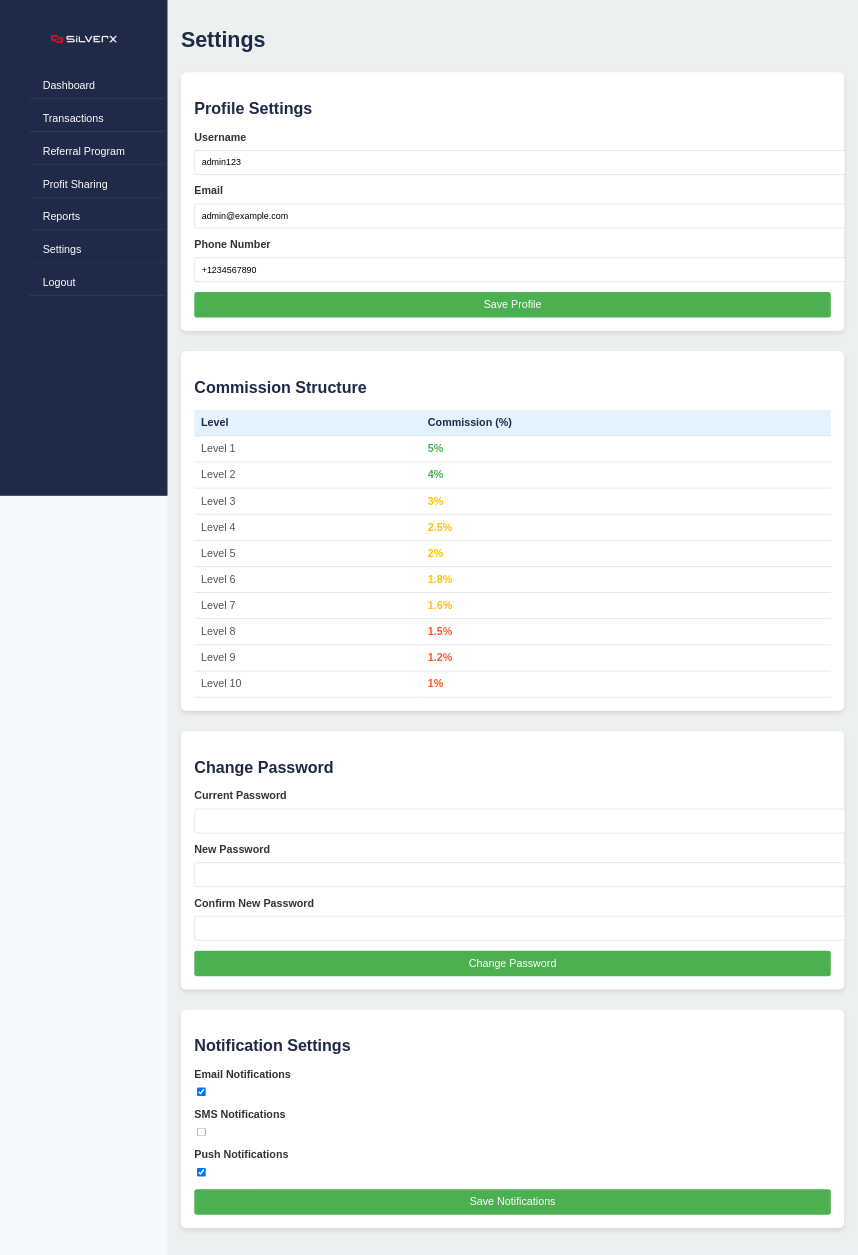
Repository: 2025silverx/slivedrX
Page: setting.html
These files come from the project's save history. The page is drawn as it stood at one moment and after the next save; the edit follows.
The browser window is 1280 px wide. The pictures show the whole page, at 67% of full size.

Above is the page before, as saved 2025-01-19 14:18:10.

After the next save:
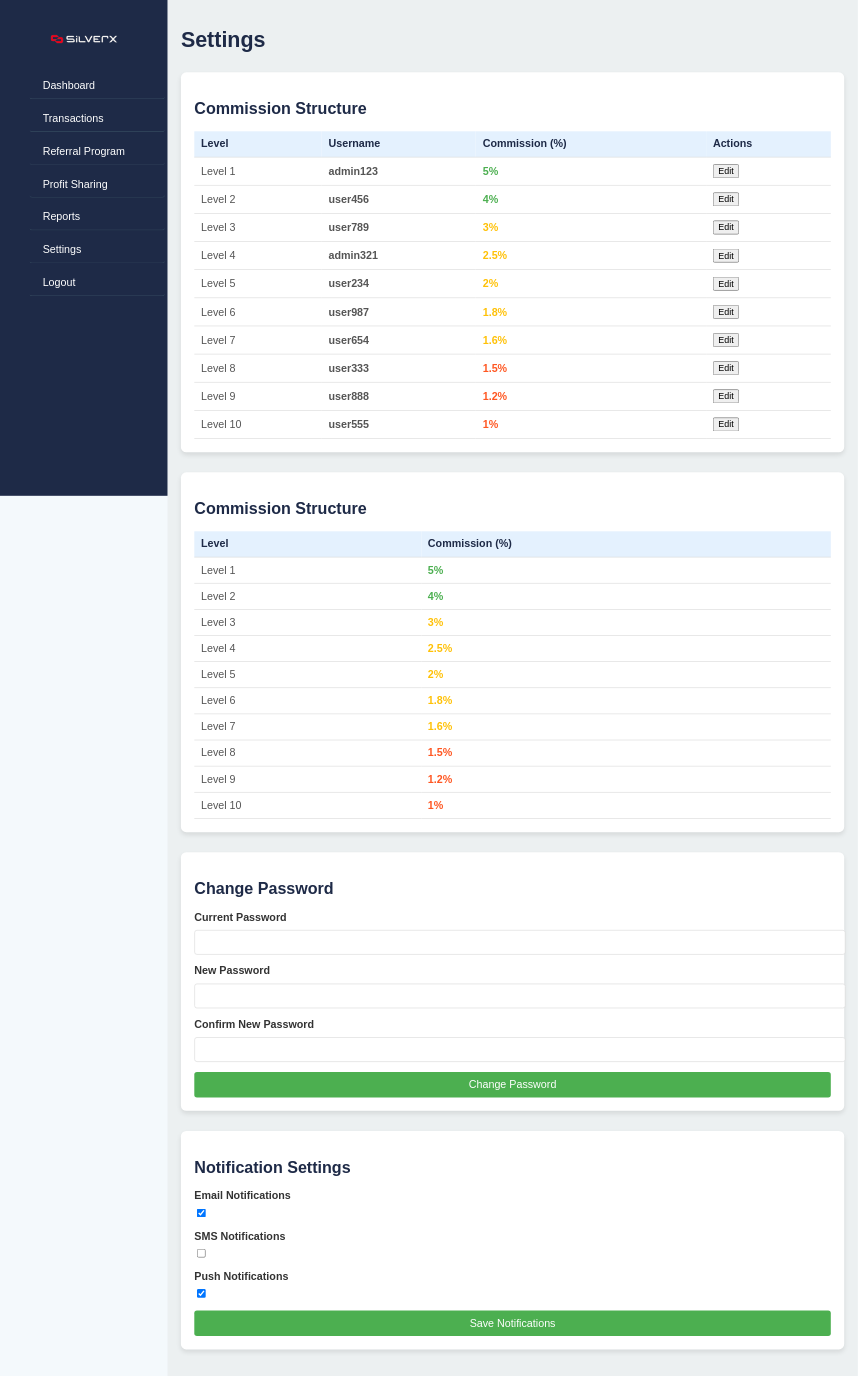
Saved 2 min 1 s later.
--- a/setting.html
+++ b/setting.html
@@ -28,25 +28,82 @@
     <div class="main-content">
         <h1>Settings</h1>
 
-        <!-- Profile Settings Section -->
-        <div class="settings-section">
-            <h2>Profile Settings</h2>
-            <form class="settings-form">
-                <div class="form-group">
-                    <label for="username">Username</label>
-                    <input type="text" id="username" name="username" value="admin123" required>
-                </div>
-                <div class="form-group">
-                    <label for="email">Email</label>
-                    <input type="email" id="email" name="email" value="admin@example.com" required>
-                </div>
-                <div class="form-group">
-                    <label for="phone">Phone Number</label>
-                    <input type="text" id="phone" name="phone" value="+1234567890" required>
-                </div>
-                <button type="submit" class="btn">Save Profile</button>
-            </form>
-        </div>
+       <!-- Commission Structure Table -->
+<div class="settings-section">
+    <h2>Commission Structure</h2>
+    <table class="commission-table">
+        <thead>
+            <tr>
+                <th>Level</th>
+                <th>Username</th>
+                <th>Commission (%)</th>
+                <th>Actions</th>
+            </tr>
+        </thead>
+        <tbody>
+            <tr>
+                <td>Level 1</td>
+                <td><span class="username">admin123</span></td>
+                <td><span class="high">5%</span></td>
+                <td><button class="edit-btn">Edit</button></td>
+            </tr>
+            <tr>
+                <td>Level 2</td>
+                <td><span class="username">user456</span></td>
+                <td><span class="high">4%</span></td>
+                <td><button class="edit-btn">Edit</button></td>
+            </tr>
+            <tr>
+                <td>Level 3</td>
+                <td><span class="username">user789</span></td>
+                <td><span class="medium">3%</span></td>
+                <td><button class="edit-btn">Edit</button></td>
+            </tr>
+            <tr>
+                <td>Level 4</td>
+                <td><span class="username">admin321</span></td>
+                <td><span class="medium">2.5%</span></td>
+                <td><button class="edit-btn">Edit</button></td>
+            </tr>
+            <tr>
+                <td>Level 5</td>
+                <td><span class="username">user234</span></td>
+                <td><span class="medium">2%</span></td>
+                <td><button class="edit-btn">Edit</button></td>
+            </tr>
+            <tr>
+                <td>Level 6</td>
+                <td><span class="username">user987</span></td>
+                <td><span class="medium">1.8%</span></td>
+                <td><button class="edit-btn">Edit</button></td>
+            </tr>
+            <tr>
+                <td>Level 7</td>
+                <td><span class="username">user654</span></td>
+                <td><span class="medium">1.6%</span></td>
+                <td><button class="edit-btn">Edit</button></td>
+            </tr>
+            <tr>
+                <td>Level 8</td>
+                <td><span class="username">user333</span></td>
+                <td><span class="low">1.5%</span></td>
+                <td><button class="edit-btn">Edit</button></td>
+            </tr>
+            <tr>
+                <td>Level 9</td>
+                <td><span class="username">user888</span></td>
+                <td><span class="low">1.2%</span></td>
+                <td><button class="edit-btn">Edit</button></td>
+            </tr>
+            <tr>
+                <td>Level 10</td>
+                <td><span class="username">user555</span></td>
+                <td><span class="low">1%</span></td>
+                <td><button class="edit-btn">Edit</button></td>
+            </tr>
+        </tbody>
+    </table>
+</div>
 
         <!-- Commission Structure Table -->
 <div class="settings-section">
